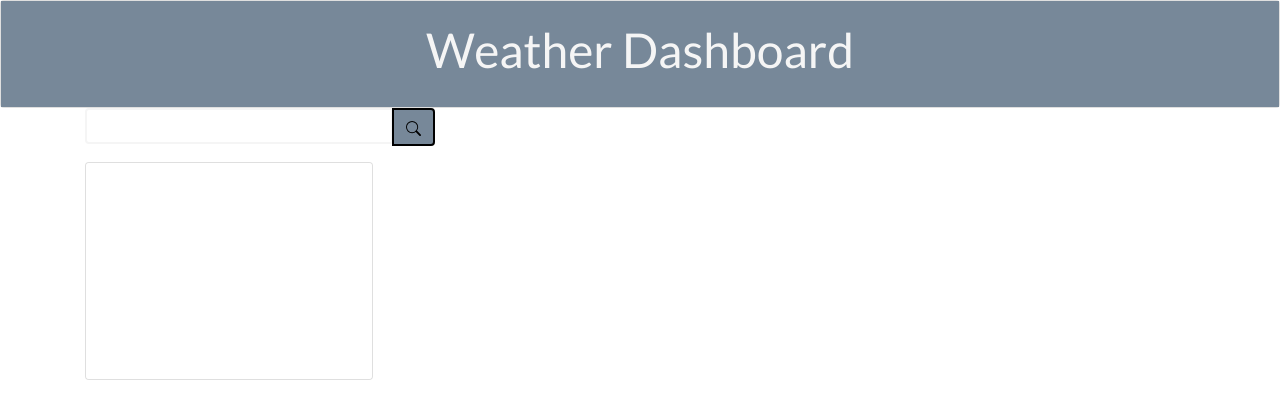
Repository: himaja830/Weather-Dashboard
Page: index.html
These files come from the project's save history. The page is drawn as it stood at one moment and after the next save; the edit follows.
The browser window is 1280 px wide. The pictures show the whole page.
Some web libraries are served in a nearby version.

Above is the page before, as saved 2020-06-26 15:47:54.

After the next save:
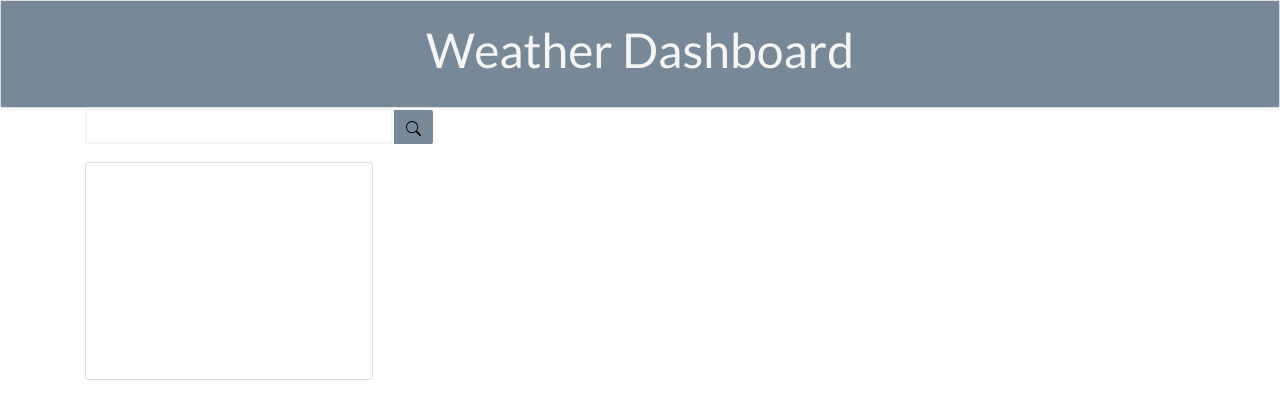
Saved 18 s later.
--- a/assets/style.css
+++ b/assets/style.css
@@ -6,7 +6,7 @@
 .btn-outline-secondary {
     color:black;
     background-color: lightslategray;
-    border: 2px solid black;
+    border: 2px solid white;
 
 }
 .form-control {
